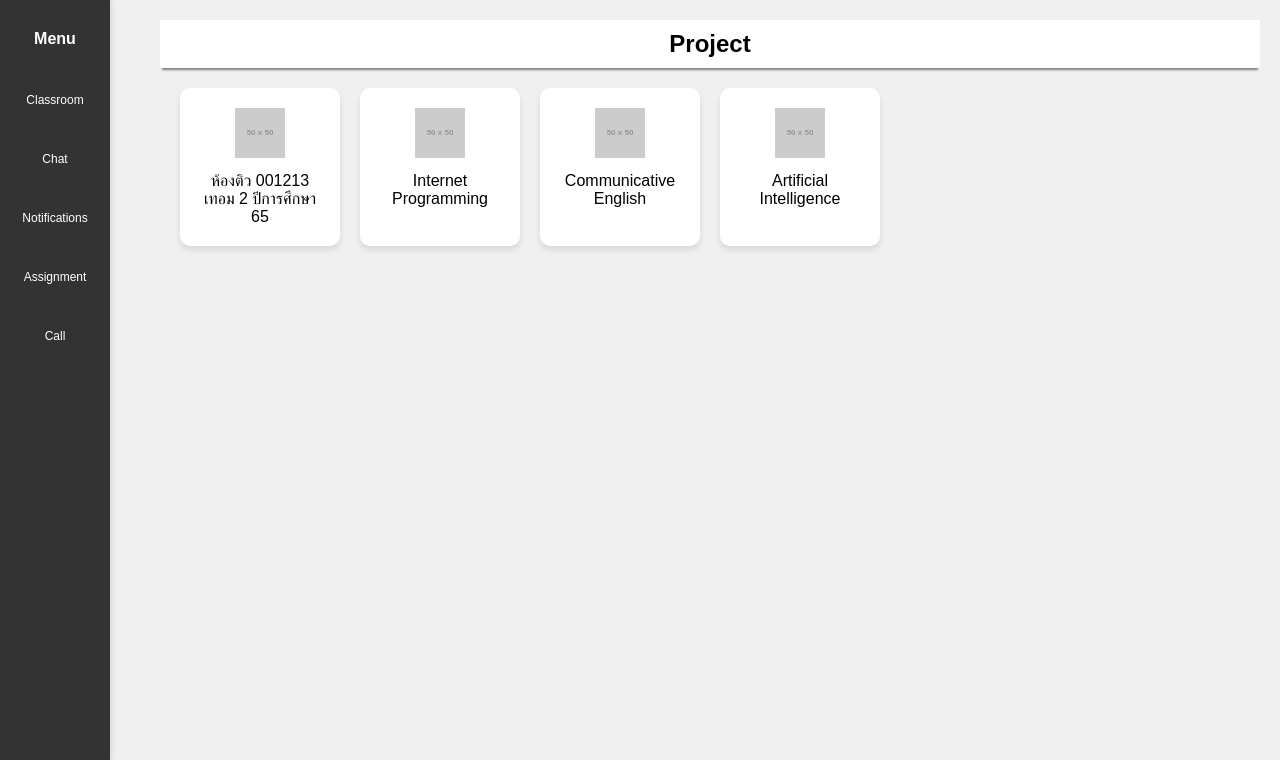
Repository: praifas16/ProPro
Page: docs/studenthead.html
These files come from the project's save history. The page is drawn as it stood at one moment and after the next save; the edit follows.
The browser window is 1280 px wide. The pictures show the whole page.

Above is the page before, as saved 2024-08-21 20:17:08.

### docs/studenthead.html
<!DOCTYPE html>
<html lang="th">
<head>
    <meta charset="UTF-8">
    <meta name="viewport" content="width=device-width, initial-scale=1.0">
    <title>My Dashboard</title>
    <style>
        body {
            font-family: Arial, sans-serif;
            margin: 0;
            padding: 0;
            background-color: #f0f0f0;
            display: flex;
        }

        /* เมนูแถบข้าง */
        .sidebar {
            width: 70px;
            background-color: #333;
            color: white;
            height: 100vh;
            padding: 20px 20px;
            box-shadow: 2px 0 5px rgba(0, 0, 0, 0.1);
            display: flex;
            flex-direction: column;
            align-items: center;
        }

        .menu-header {
            margin-top: 10px; /* ขยับคำว่า Menu ลง */
            margin-bottom: 30px; /* เว้นระยะห่างจากเมนูด้านล่าง */
            font-size: 16px;
            font-weight: bold;
        }

        .menu-items {
            margin-top: 0px; /* เพิ่มระยะห่างด้านบน เพื่อให้ตรงกับบ็อกสี่เหลี่ยม */
        }

        .sidebar a {
            display: flex;
            flex-direction: column;
            align-items: center;
            color: white;
            padding: 10px;
            text-decoration: none;
            margin-bottom: 20px;
            font-size: 12px;
            text-align: center;
        }

        .sidebar a:hover {
            background-color: #5f5f5f;
            border-radius: 4px;
            width: 80%;
            text-align: center;
        }

        .sidebar i {
            font-size: 24px;
            margin-bottom: 5px;
        }

        /* โครงสร้างหน้าเว็บหลัก */
        .main-content {
            flex-grow: 1;
            padding: 20px 20px 20px 50px; /* เพิ่ม padding ด้านซ้ายเพื่อให้เนื้อหาหลักอยู่ในระนาบเดียวกัน */
        }

        header {
            background-color: #ffffff;
            padding: 10px;
            text-align: center;
            box-shadow: 0px 4px 2px -2px gray;
        }

        h1 {
            margin: 0;
            font-size: 24px;
        }

        .container {
            display: grid;
            grid-template-columns: repeat(auto-fill, minmax(150px, 1fr));
            gap: 20px;
            padding: 20px;
        }

        .card {
            background-color: #ffffff;
            border-radius: 10px;
            box-shadow: 0 4px 6px rgba(0, 0, 0, 0.1);
            text-align: center;
            padding: 20px;
            transition: transform 0.3s;
        }

        .card:hover {
            transform: scale(1.05);
        }

        .card img {
            width: 50px;
            height: 50px;
            margin-bottom: 10px;
        }

        .card p {
            margin: 0;
            font-size: 16px;
        }
    </style>
</head>
<body>
    <!-- เมนูแถบข้าง -->
    <div class="sidebar">
        <div class="menu-header">Menu</div>
        <div class="menu-items">
            <a href="#"><i class="fa fa-home"></i><span>Classroom</span></a>
            <a href="#"><i class="fa fa-users"></i><span>Chat</span></a>
            <a href="#"><i class="fa fa-notificat"></i><span>Notifications</span></a>
            <a href="#"><i class="fa fa-assign"></i><span>Assignment</span></a>
            <a href="#"><i class="fa fa-phone"></i><span>Call</span></a>
        </div>
    </div>

    <!-- เนื้อหาหลัก -->
    <div class="main-content">
        <header>
            <h1>Project</h1>
        </header>
        <div class="container">
            <div class="card">
                <img src="https://via.placeholder.com/50" alt="icon">
                <p>ห้องติว 001213 เทอม 2 ปีการศึกษา 65</p>
            </div>
            <div class="card">
                <img src="https://via.placeholder.com/50" alt="icon">
                <p>Internet Programming</p>
            </div>
            <div class="card">
                <img src="https://via.placeholder.com/50" alt="icon">
                <p>Communicative English</p>
            </div>
            <div class="card">
                <img src="https://via.placeholder.com/50" alt="icon">
                <p>Artificial Intelligence</p>
            </div>
            <!-- เพิ่มเติม Card อื่น ๆ ตามต้องการ -->
        </div>
    </div>
</body>
</html>

After the next save:
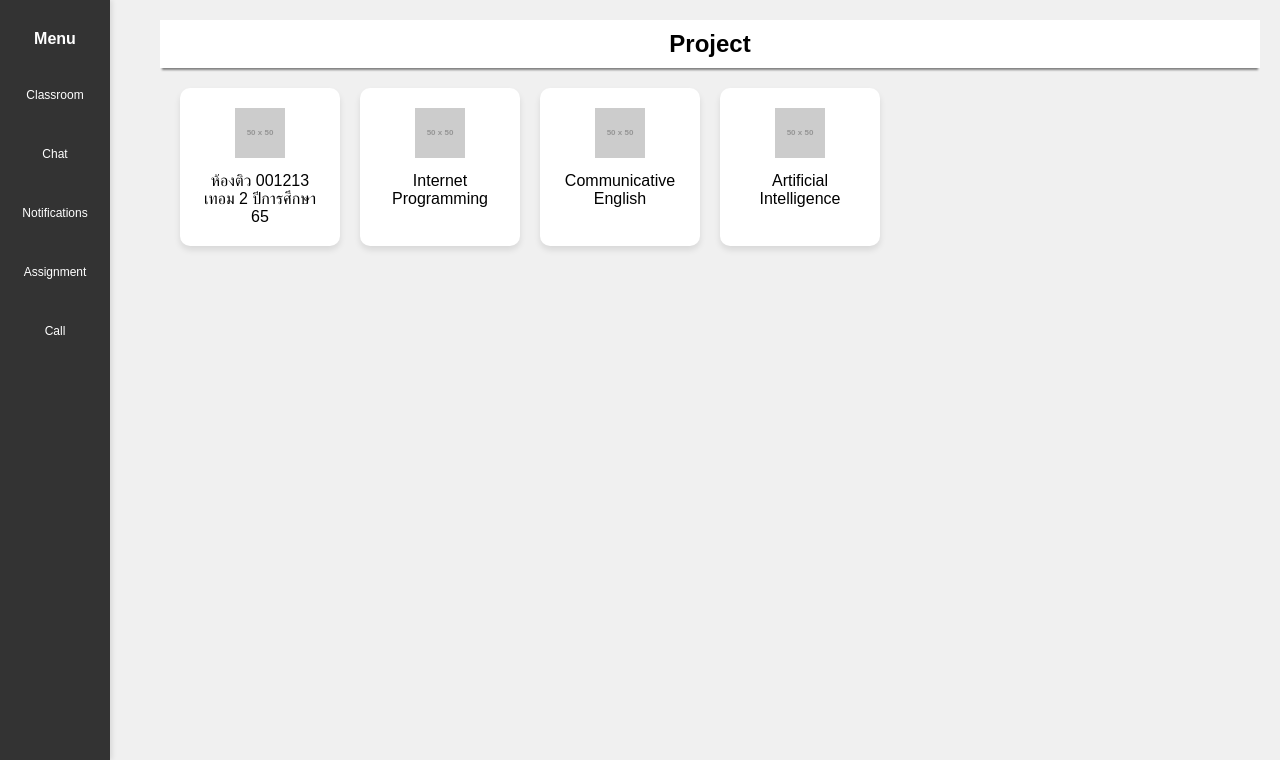
Saved 6 s later.
--- a/docs/studenthead.html
+++ b/docs/studenthead.html
@@ -28,7 +28,7 @@
 
         .menu-header {
             margin-top: 10px; /* ขยับคำว่า Menu ลง */
-            margin-bottom: 30px; /* เว้นระยะห่างจากเมนูด้านล่าง */
+            margin-bottom: 25px; /* เว้นระยะห่างจากเมนูด้านล่าง */
             font-size: 16px;
             font-weight: bold;
         }
